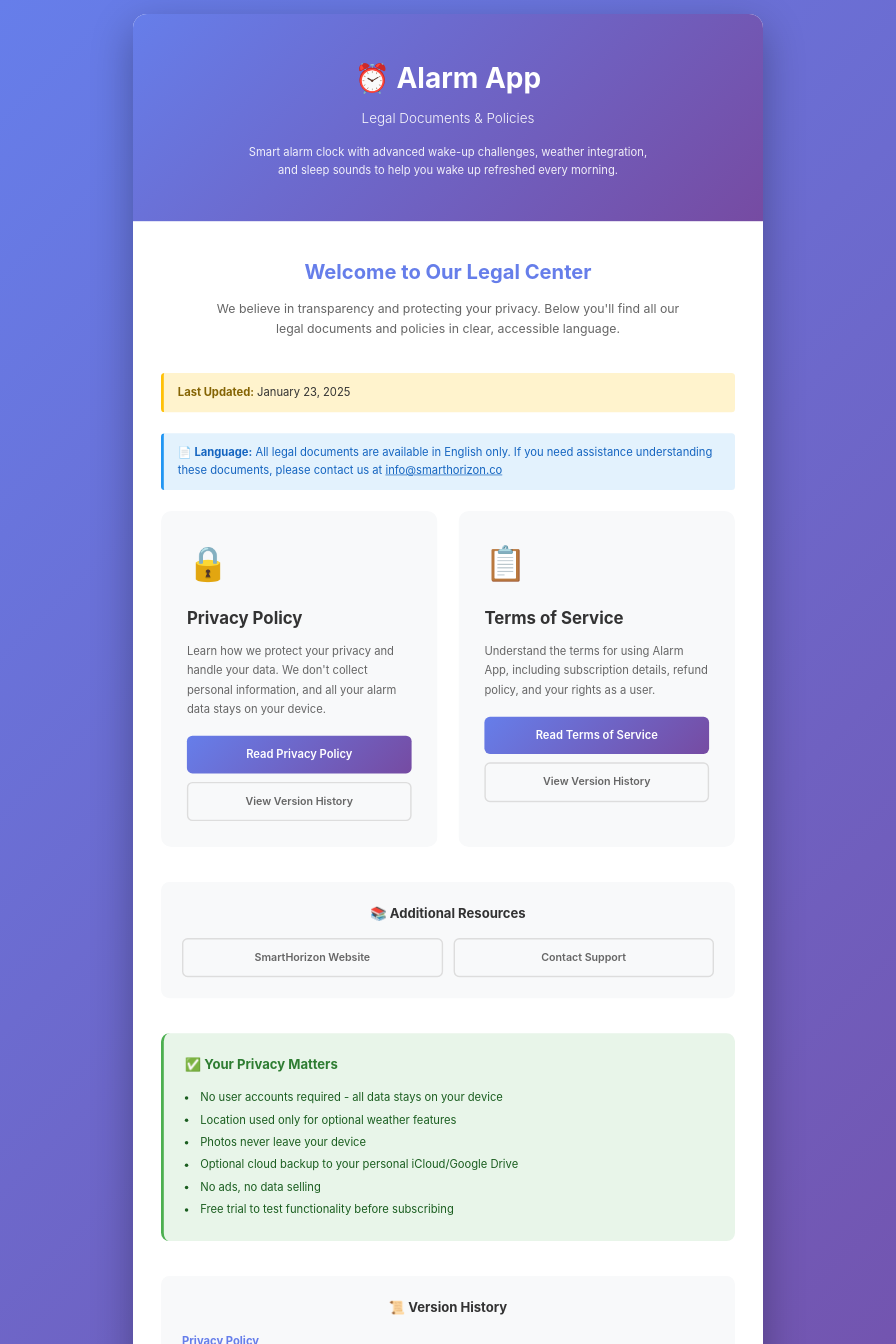
Repository: smarthorizons/smarthorizon_web
Page: alarm-app/index.html
The author's editor kept a copy of each file at every save. The page is drawn from the files as they stood at one save, then again after the next save.
The browser window is 1280 px wide. The pictures show the part of the page from y = 0 to 1920 px (the page is 2660 px tall), at 70% of full size.

Above is the page before, as saved 2026-01-23 22:47:27.

After the next save:
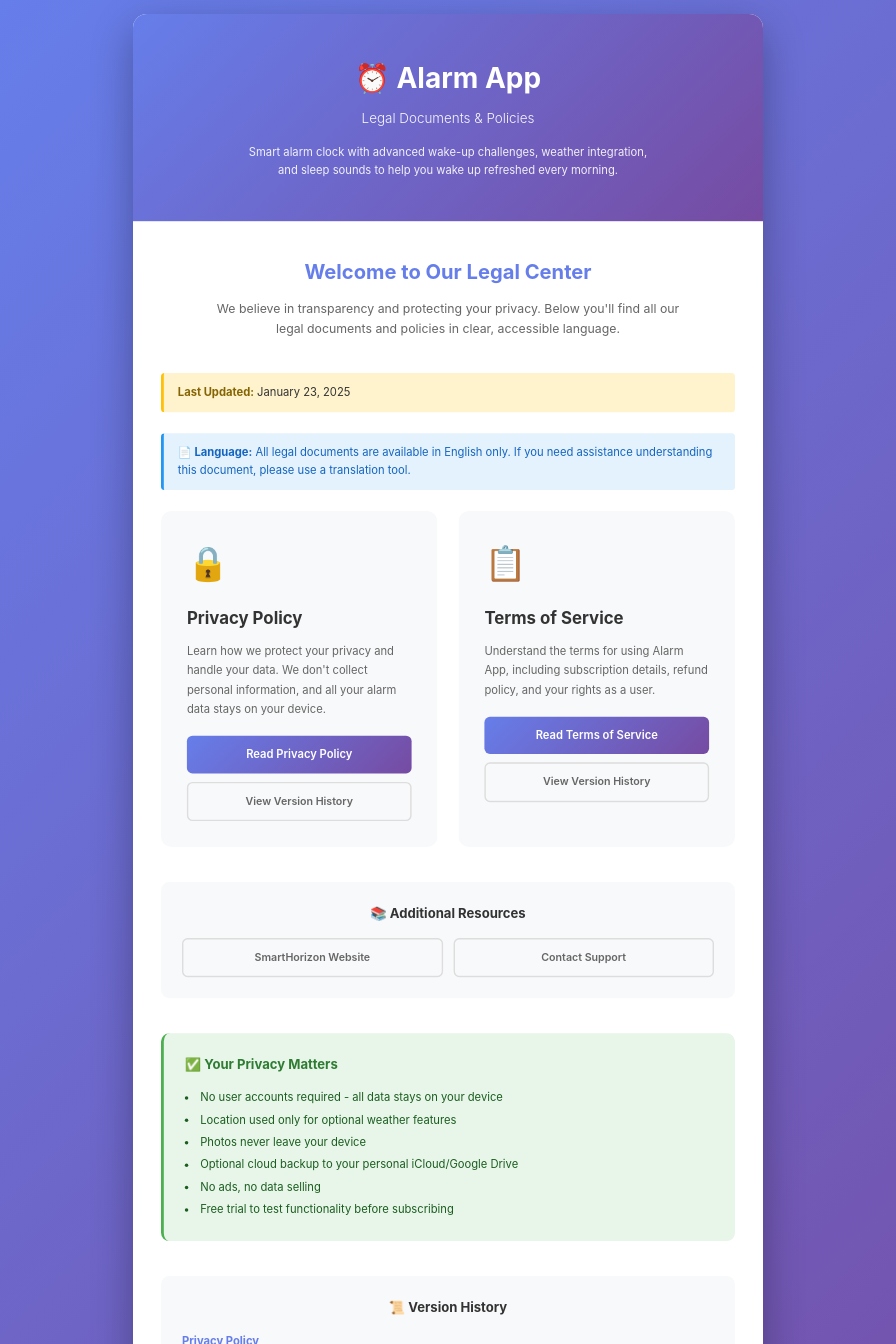
Saved 12 h 31 min later.
--- a/alarm-app/index.html
+++ b/alarm-app/index.html
@@ -300,7 +300,7 @@
 
             <!-- Language Notice -->
             <div class="language-notice">
-                <p><strong>📄 Language:</strong> All legal documents are available in English only. If you need assistance understanding these documents, please contact us at <a href="mailto:info@smarthorizon.co" style="color: #1565c0; text-decoration: underline;">info@smarthorizon.co</a></p>
+                <p><strong>📄 Language:</strong> All legal documents are available in English only. If you need assistance understanding this document, please use a translation tool.</p>
             </div>
 
             <!-- Legal Documents Cards -->
